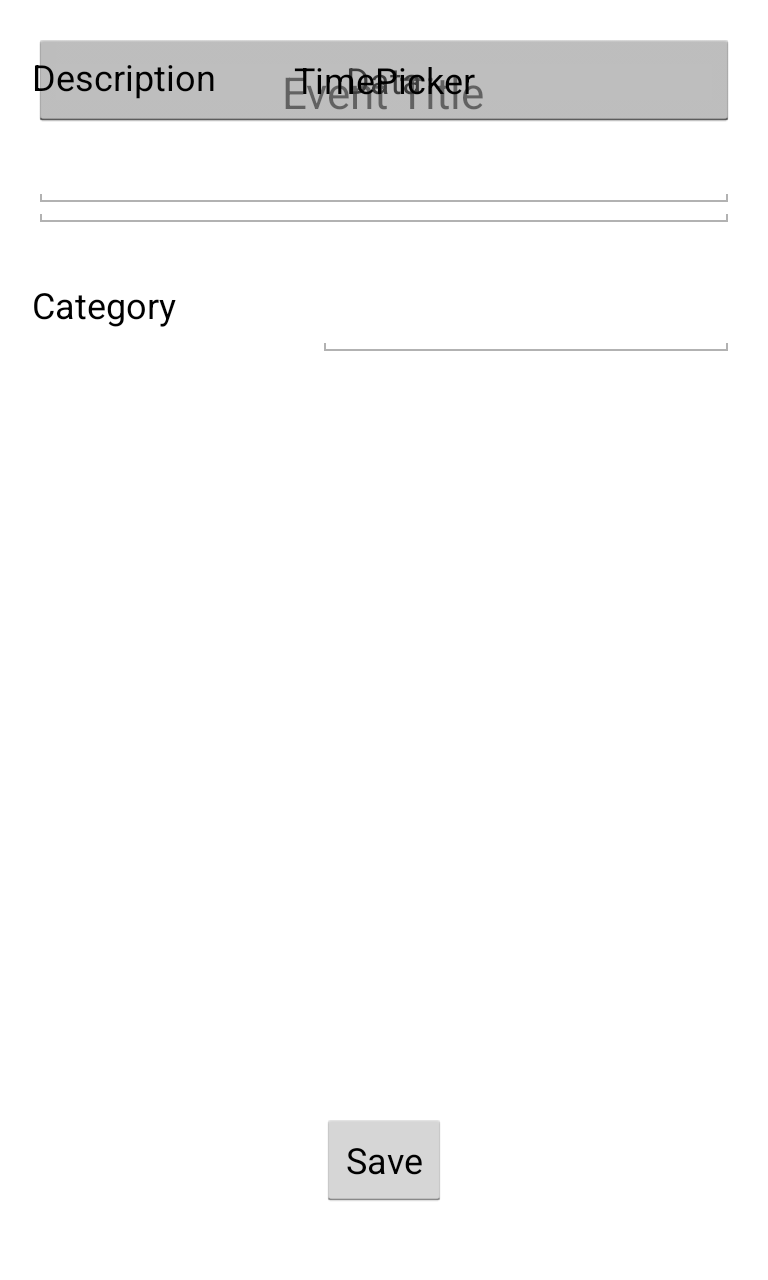
Repository: ctc8631/Android-dev
Layout: WorkDone/res/layout/activity_main.xml
An editor plug-in stored every save of this project. The layout is shown before and after the next save, followed by the edit.
It is drawn on a 768 x 1280 px phone screen (xhdpi) without system bars, with theme AppTheme; the app's code is not run.

Above is the layout before, as saved 2013-09-11 13:09:55.

### WorkDone/res/layout/activity_main.xml
<RelativeLayout xmlns:android="http://schemas.android.com/apk/res/android"
    xmlns:tools="http://schemas.android.com/tools"
    android:layout_width="match_parent"
    android:layout_height="match_parent"
    android:paddingBottom="@dimen/activity_vertical_margin"
    android:paddingLeft="@dimen/activity_horizontal_margin"
    android:paddingRight="@dimen/activity_horizontal_margin"
    android:paddingTop="@dimen/activity_vertical_margin"
    tools:context=".MainActivity" >

    <TextView
        android:id="@+id/textView1"
        android:layout_width="wrap_content"
        android:layout_height="wrap_content"
        android:layout_alignParentTop="true"
        android:layout_centerHorizontal="true"
        android:layout_marginTop="15dp"
        android:text="@string/event_title"
        android:textAppearance="?android:attr/textAppearanceLarge" />

    <EditText
        android:id="@+id/title"
        android:layout_width="match_parent"
        android:layout_height="wrap_content"
        android:layout_below="@+id/textView1"
        android:layout_centerHorizontal="true"
        android:layout_marginTop="15dp"
        android:ems="10"
        android:inputType="textCapWords"
        />

    <TextView
        android:id="@+id/textView2"
        android:layout_width="wrap_content"
        android:layout_height="wrap_content"
        android:layout_alignLeft="@+id/title"
        android:layout_below="@+id/title"
        android:layout_marginTop="25dp"
        android:text="@string/event_cat"
        android:textAppearance="?android:attr/textAppearanceMedium" />

    <EditText
        android:id="@+id/cat"
        android:layout_width="wrap_content"
        android:layout_height="wrap_content"
        android:layout_alignRight="@+id/title"
        android:layout_below="@+id/title"
        android:layout_marginTop="25dp"
        android:ems="10"
        android:inputType="textCapWords"
        />

    <Button
	    android:id="@+id/datepickerbutton"
	    android:layout_width="fill_parent"
	    android:layout_height="wrap_content"
	    android:text="@string/event_date"
	 	/>

	<Button
	    android:id="@+id/timepickerbutton"
	    android:layout_width="fill_parent"
	    android:layout_height="wrap_content"
	    android:text="TimePicker"
	 	/>

    <TextView
        android:id="@+id/textView5"
        android:layout_width="wrap_content"
        android:layout_height="wrap_content"
        android:layout_alignLeft="@+id/textView4"
        android:layout_below="@+id/time"
        android:layout_marginTop="10dp"
        android:text="@string/event_descrip"
        android:textAppearance="?android:attr/textAppearanceMedium" />

    <EditText
        android:id="@+id/descrip"
        android:layout_width="match_parent"
        android:layout_height="wrap_content"
        android:layout_below="@+id/textView5"
        android:layout_marginTop="15dp"
        android:ems="10"
        android:inputType="textMultiLine" />

    <Button
        android:id="@+id/save"
        android:layout_width="wrap_content"
        android:layout_height="wrap_content"
        android:layout_alignParentBottom="true"
        android:layout_centerHorizontal="true"
        android:layout_marginBottom="20dp"
        android:text="@string/event_save" />

</RelativeLayout>

### WorkDone/res/values/strings.xml
<?xml version="1.0" encoding="utf-8"?>
<resources>

    <string name="app_name">WorkDone</string>
    <string name="action_settings">Settings</string>
    <string name="event_title">Event Title</string>
    <string name="event_cat">Category</string>
    <string name="event_date">Data</string>
    <string name="event_time">Time</string>
    <string name="event_descrip">Description</string>
    <string name="event_save">Save</string>

</resources>

Loaded but not shown: WorkDone/res/values/styles.xml (common file); WorkDone/res/values-v11/styles.xml (common file); WorkDone/res/values-v14/styles.xml (common file); WorkDone/res/values/dimens.xml (common file)

After the next save:
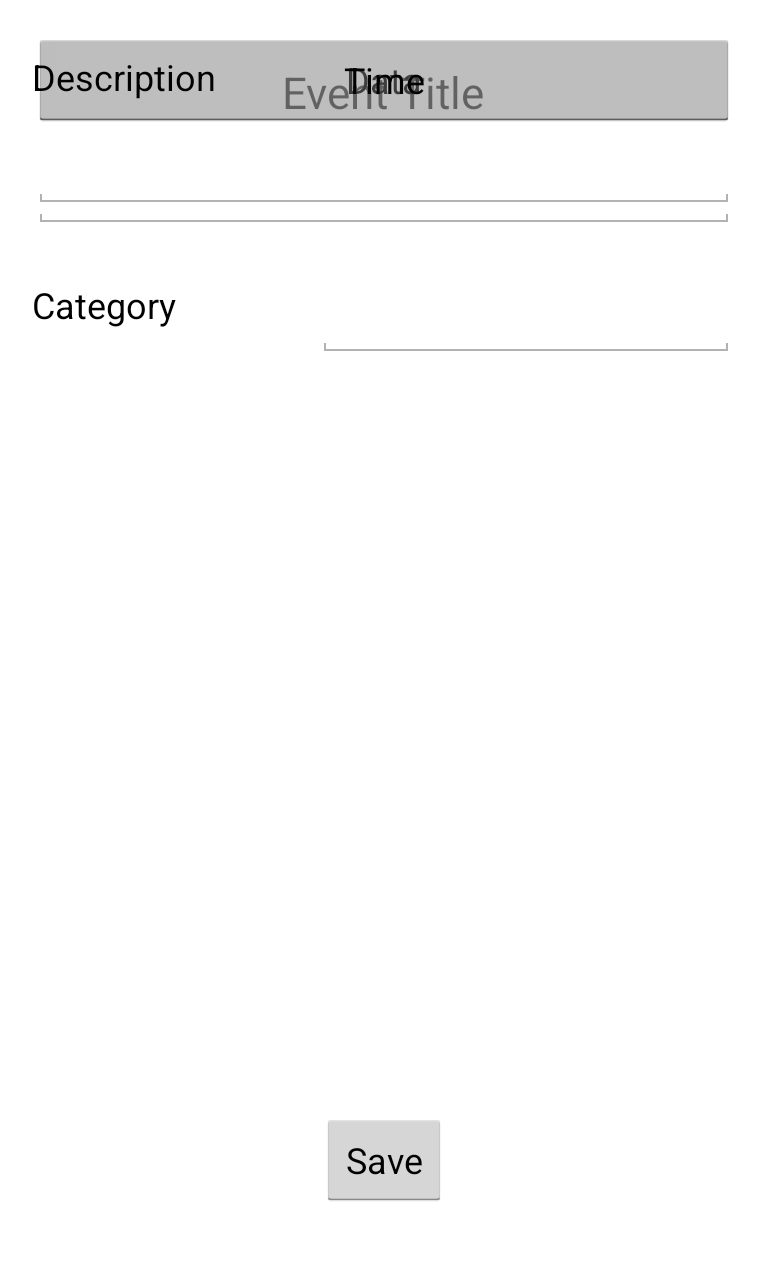
Saved 14 s later.
--- a/WorkDone/res/layout/activity_main.xml
+++ b/WorkDone/res/layout/activity_main.xml
@@ -61,7 +61,7 @@
 	    android:id="@+id/timepickerbutton"
 	    android:layout_width="fill_parent"
 	    android:layout_height="wrap_content"
-	    android:text="TimePicker"
+	    android:text="@string/event_time"
 	 	/>
 
     <TextView
